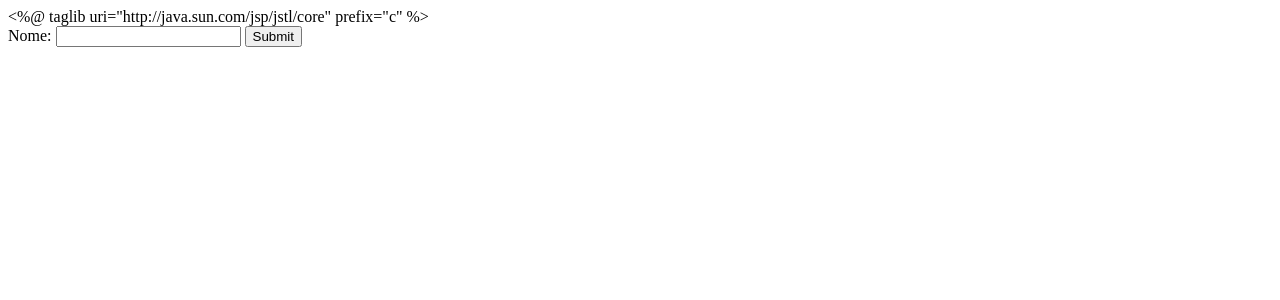
Repository: EmersonRGomes/study
Page: gerenciadorstudy/webContent/formNovaEmpresa.html
These files come from the project's save history. The page is drawn as it stood at one moment and after the next save; the edit follows.
The browser window is 1280 px wide. The pictures show the whole page.

Above is the page before, as saved 2022-07-24 23:47:56.

### gerenciadorstudy/webContent/formNovaEmpresa.html
<%@ taglib uri="http://java.sun.com/jsp/jstl/core" prefix="c" %>
<!DOCTYPE html>
<html>
<head>
<meta charset="ISO-8859-1">
<title>Cadastro de empresa</title>
</head>
<body>
	<form action ="<C:/gerenciadorstudy/novaEmpresa" method="post">

		Nome: <input type="text" name="nome">
			  <input type="submit">
	</form>
</body>
</html>

After the next save:
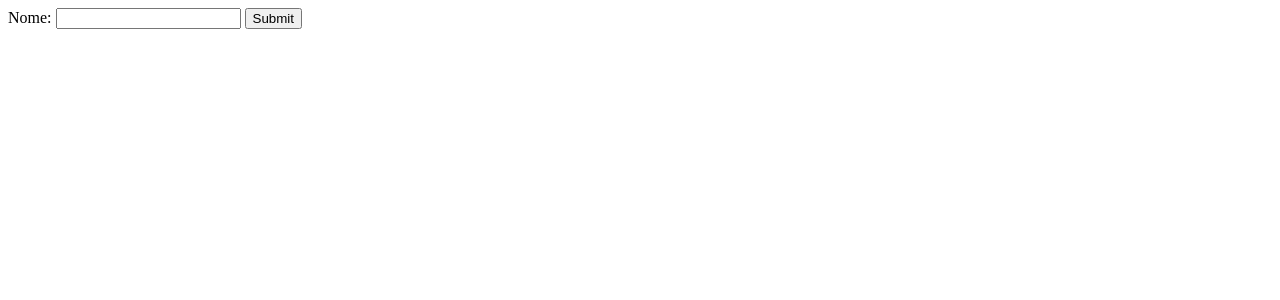
Saved 17 s later.
--- a/gerenciadorstudy/webContent/formNovaEmpresa.html
+++ b/gerenciadorstudy/webContent/formNovaEmpresa.html
@@ -1,4 +1,3 @@
-<%@ taglib uri="http://java.sun.com/jsp/jstl/core" prefix="c" %>
 <!DOCTYPE html>
 <html>
 <head>
@@ -6,7 +5,7 @@
 <title>Cadastro de empresa</title>
 </head>
 <body>
-	<form action ="<C:/gerenciadorstudy/novaEmpresa" method="post">
+	<form action ="/gerenciadorstudy/novaEmpresa" method="post">
 
 		Nome: <input type="text" name="nome">
 			  <input type="submit">
